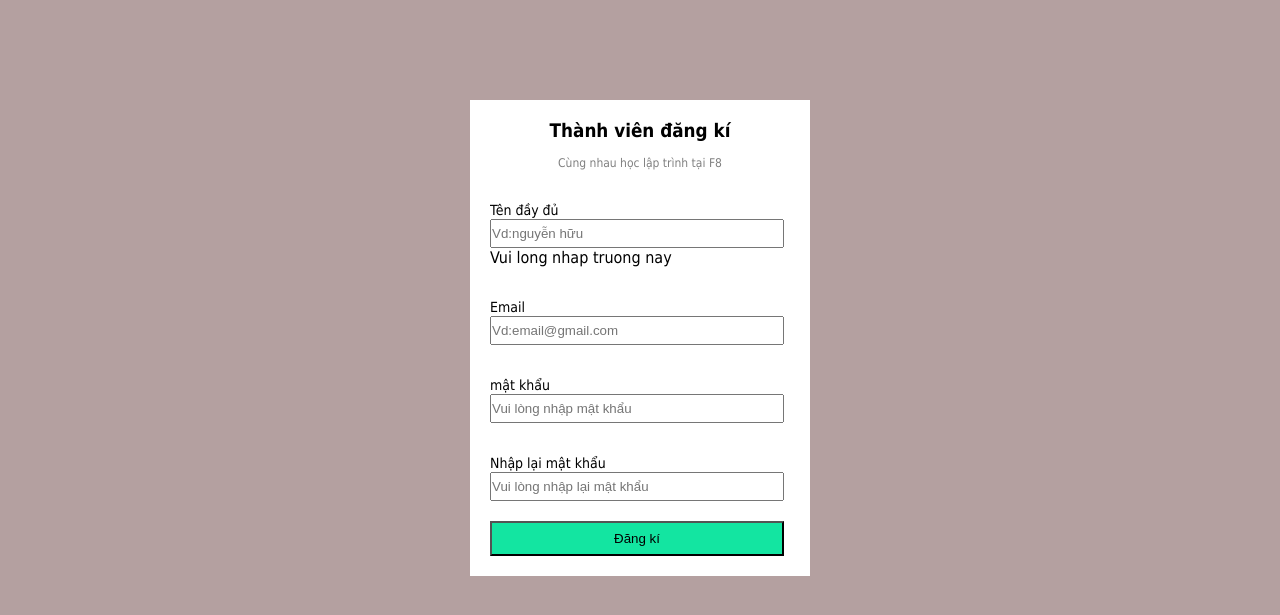
Repository: HuunvDev/Validator
Page: index.html
These files come from the project's save history. The page is drawn as it stood at one moment and after the next save; the edit follows.
The browser window is 1280 px wide. The pictures show the whole page.

Above is the page before, as saved 2022-08-20 09:32:18.

### index.html
<!DOCTYPE html>
<html lang="en">
<head>
    <meta charset="UTF-8">
    <meta http-equiv="X-UA-Compatible" content="IE=edge">
    <meta name="viewport" content="width=device-width, initial-scale=1.0">
    <title>validator</title>
    <link rel="stylesheet" href="style.css">
</head>
<body>
    <div class="main">
        <form action="" method="POST" class="form" id="form-1">
            <h3 class="heading">Thành viên đăng kí</h3>
            <p class="desc">Cùng nhau học lập trình tại F8</p>
            <div class="pacer"></div>
            <div class="form-group">
                <label for="fullName" class="form-lable">Tên đầy đủ</label><br>
                <input type="text" id="fullName" name="fullName" placeholder="Vd:nguyễn hữu"><br>
                <span class="form-message">Vui long nhap truong nay</span>
            </div>
            <div class="form-group">
                <label for="email" class="form-lable">Email</label><br>
                <input type="text" id="email" name="email" placeholder="Vd:email@gmail.com"><br>
                <span class="form-message"></span>
            </div>
            <div class="form-group">
                <label for="password" class="form-lable">mật khẩu</label><br>
                <input type="text" id="password" name="password" placeholder="Vui lòng nhập mật khẩu"><br>
                <span class="form-message"></span>
            </div>
            <div class="form-group">
                <label for="password_confirmation" class="form-lable">Nhập lại mật khẩu</label><br>
                <input type="text" id="password_confirmation" name="password_confirmation" placeholder="Vui lòng nhập lại mật khẩu"><br>
                <span class="form-message"></span>
            </div>
           <button class="form-submit">Đăng kí</button>
        </form>
    </div>
    <script src="main.js"></script>
</body>
</html>

### style.css

*{
    margin:0;
    padding:0;
    overflow: hidden;
}
body{
    background-color:rgb(180, 160, 160);
}
.main {
    width: 300px;
    box-shadow: 0 0 0 rgb(0 0 0 / 10%);
    margin: auto;
    margin-top: 100px;
    padding: 20px;
    background-color: #fff;
    font-family: tahoma;
}
h3.heading {
    text-align: center;
}
p.desc {
    text-align: center;
    font-size: 12px;
    color: grey;
    padding: 15px 0;
}
.form-group {
    padding: 15px 0;
}

label.form-lable {
    font-size: 14px;
}
input {
    width: 290px;
    height: 25px;
}
button{
    padding:8px 0;
    width:294px;
    background-color: rgb(19 229 161);
    margin-top:5px;
}

### main.js
var fullName = document.getElementById('fullName');
var message = document.getElementsByClassName("form-message");
fullName.onblur = function(){
    if(!fullName.value){
        message.innerText ="Vui lòng nhập trường này";
    }
}

After the next save:
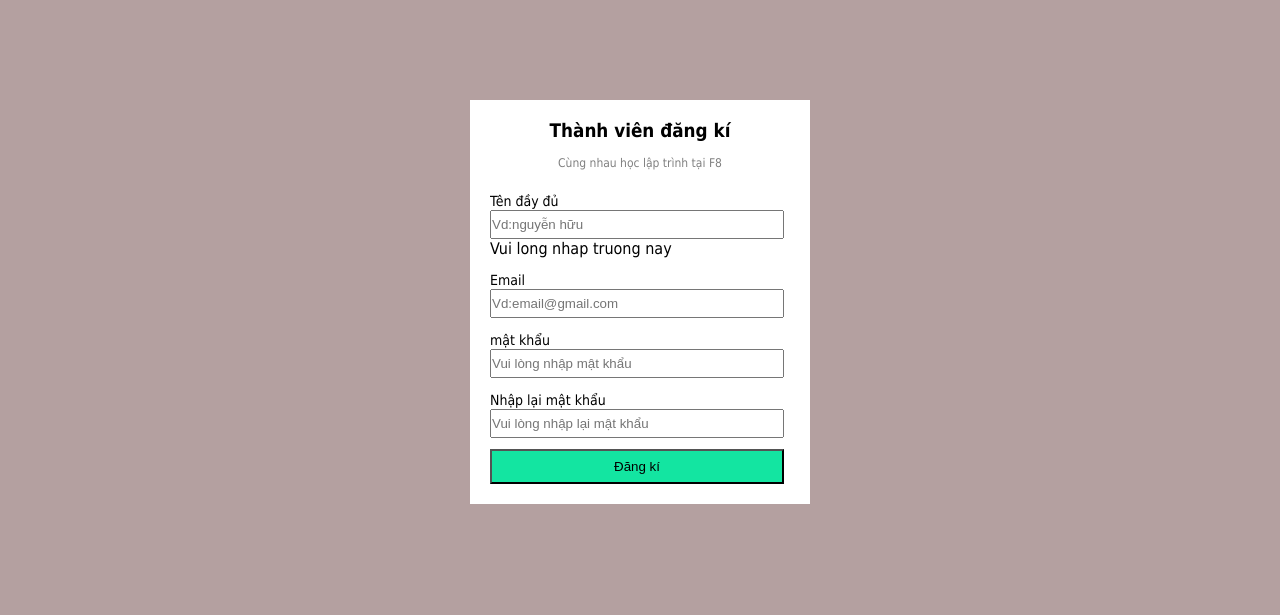
Saved 9 s later.
--- a/style.css
+++ b/style.css
@@ -26,7 +26,7 @@ p.desc {
     padding: 15px 0;
 }
 .form-group {
-    padding: 15px 0;
+    padding: 6px 0;
 }
 
 label.form-lable {
